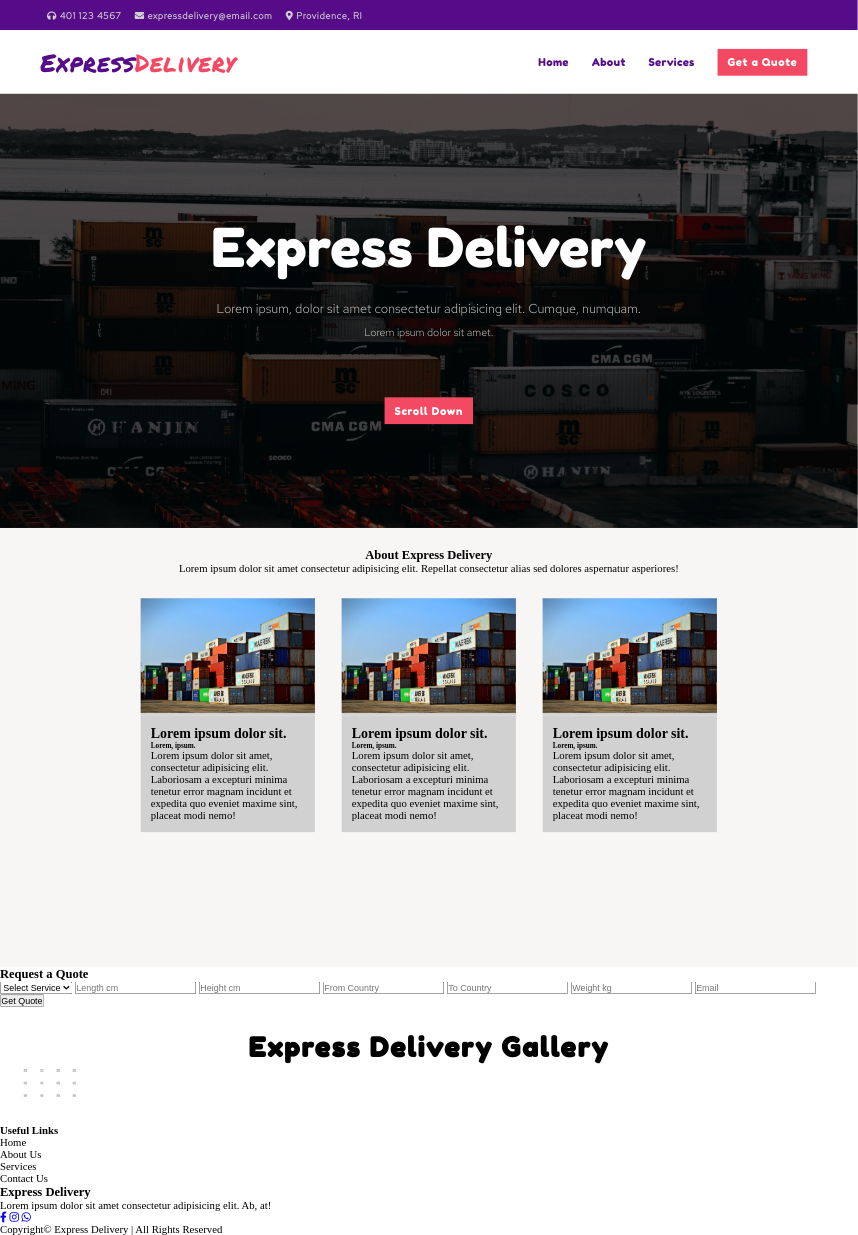
Repository: just-mann/express-delivery
Page: index.html
The author's editor kept a copy of each file at every save. The page is drawn from the files as they stood at one save, then again after the next save.
The browser window is 1280 px wide. The pictures show the whole page, at 67% of full size.
The style sheet was rebuilt from its Sass, Less or Tailwind sources for each picture, by a compiler version that may differ from the author's.

Above is the page before, as saved 2021-06-30 15:58:56.

After the next save:
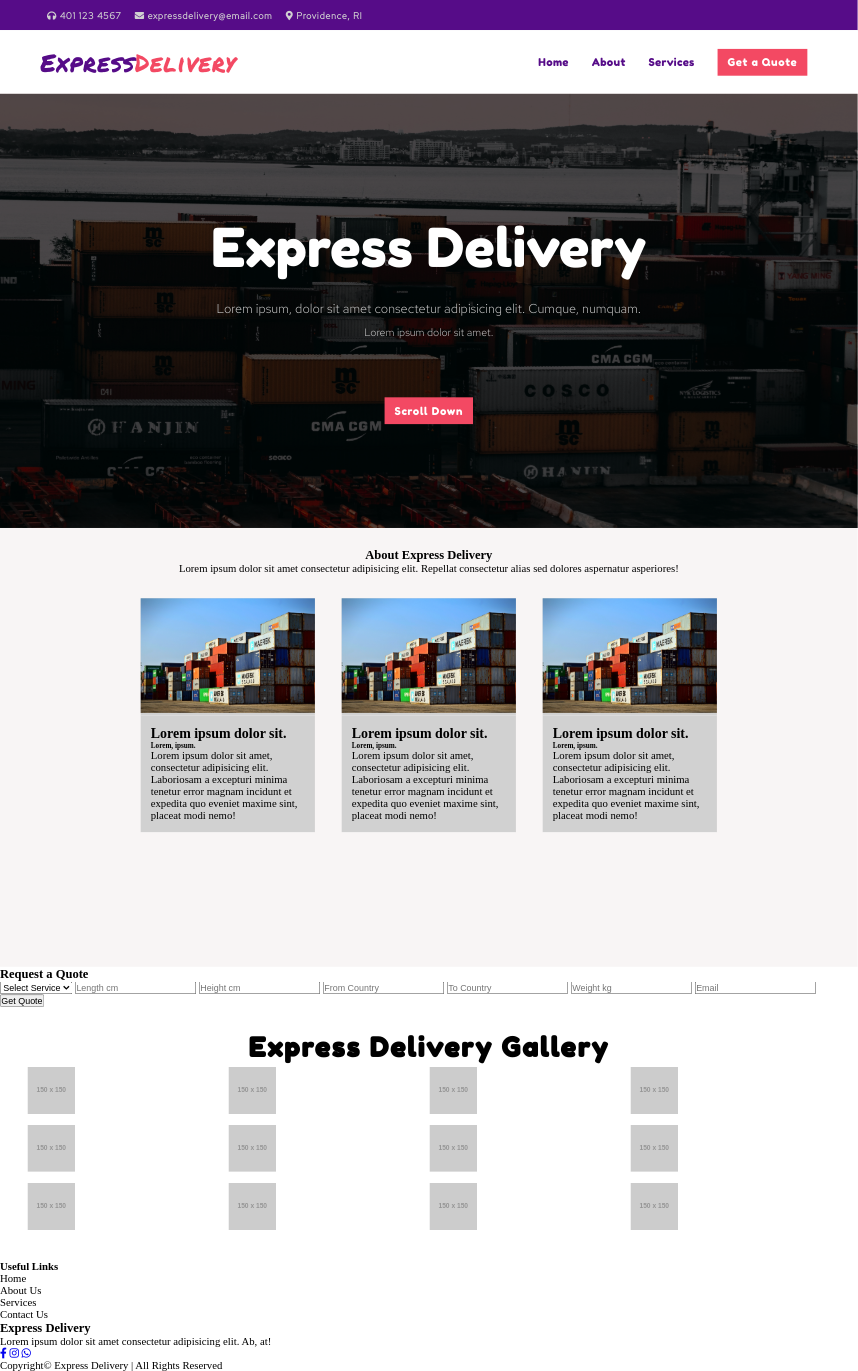
Saved 7 s later.
--- a/Sass/style.scss
+++ b/Sass/style.scss
@@ -238,7 +238,7 @@ header {
         @include ClearFix;
         // padding: 35px;
         display: grid;
-        grid-template-columns: repeat(4, 2%)  ;
+        grid-template-columns: repeat(4, 300px)  ;
 
         li {
             @include grid(4, 2%);
